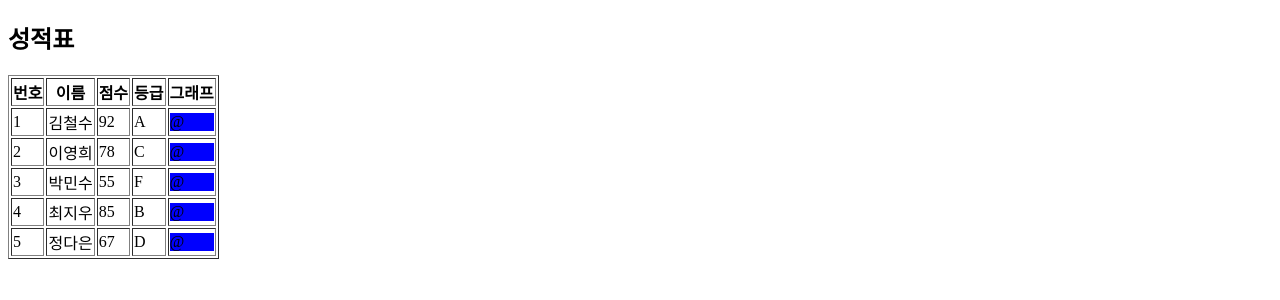
Repository: junirang330/Jsp2026
Page: http://localhost/chapter01/example_score.jsp
An editor plug-in stored every save of this project. The page is shown before and after the next save, followed by the edit.
The browser window is 1280 px wide. The pictures show the whole page.
The page is served by Tomcat 9.

Above is the page before, as saved 2026-10-16 05:20:22.

### chapter01/src/main/webapp/example_score.jsp
<%@ page language="java" contentType="text/html; charset=UTF-8"
    pageEncoding="UTF-8" import = "java.util.*" %>
<!DOCTYPE html>
<html>
<head>
<meta charset="UTF-8">
<title>연습문제02</title>
<style>

</style>
</head>
<body>
	<h2>성적표</h2>
	<table border = "1">
	<!-- 첫행 -->
	<tr>
		<th>번호</th>
		<th>이름</th>
		<th>점수</th>
		<th>등급</th>
		<th>그래프</th>
	</tr>

	<!-- 2행부터(반복문) -->
	<%!
		String[] names = {"김철수", "이영희", "박민수", "최지우", "정다은"};
		int[] scores = {92, 78, 55, 85, 67};

		public String getGrade(int score){
			String grade = "";
			if(score>=90){
				grade = "A";
			}else if(score>=80){
				grade = "B";
			}else if(score>=70){
				grade = "C";
			}else if(score>=60){
				grade = "D";
			}else{
				grade = "F";
			}
			return grade;
		}
	%>
	<%
		for(int i = 0; i<names.length; i++){
	%>
	<tr>
	<td><%=	i+1 %></td>
	<td><%=	names[i] %></td>
	<td><%=	scores[i] %></td>
	<td><%=	getGrade(scores[i]) %></td>
	<td><div style = "width : scores[i]*3px; background-color : blue;">@</div></td>
	</tr>

	<%
		}
	%>

	</table>
</body>
</html>

After the next save:
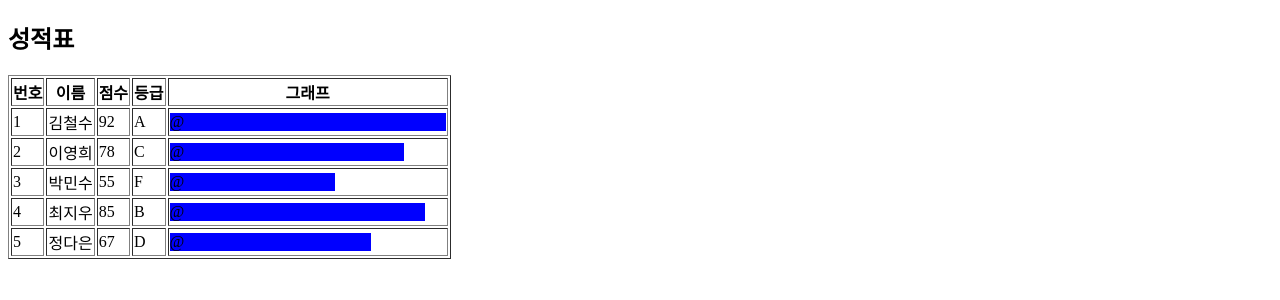
Saved 75 s later.
--- a/chapter01/src/main/webapp/example_score.jsp
+++ b/chapter01/src/main/webapp/example_score.jsp
@@ -50,7 +50,7 @@
 	<td><%=	names[i] %></td>
 	<td><%=	scores[i] %></td>
 	<td><%=	getGrade(scores[i]) %></td>
-	<td><div style = "width : scores[i]*3px; background-color : blue;">@</div></td>
+	<td><div style = "width : <%= scores[i]*3 %>px; background-color : blue;">@</div></td>
 	</tr>
 
 	<%
